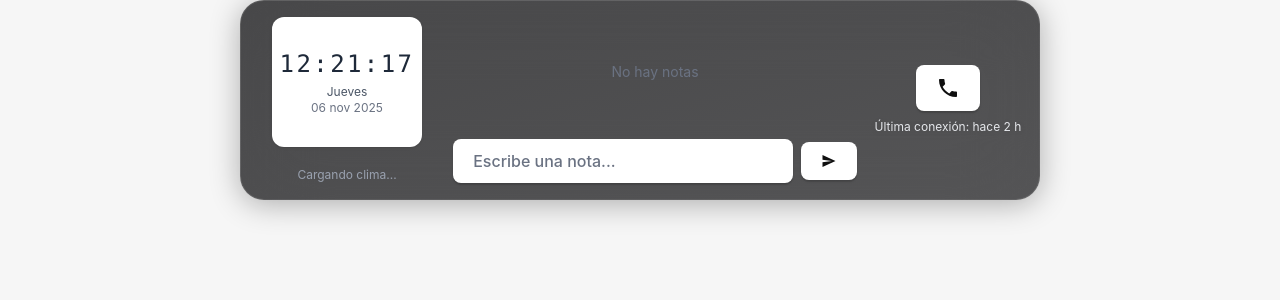
Repository: CodeByEvans/my-romantic-widget
Page: /
These files come from the project's save history. The page is drawn as it stood at one moment and after the next save; the edit follows.
The browser window is 1280 px wide. The pictures show the whole page.
The page's requests for data from a server got no answer. The project was rebuilt for these pictures with package versions that can differ from the ones it lists, and the page was loaded fresh each time. No one was signed in, and anything a server would have sent is missing. Also part of the build but not shown: vite.config.ts.

Above is the page before, as saved 2025-11-06 14:28:19.

### src/App.tsx
import "./App.css";
import { Clock } from "./components/Clock";
import { WeatherWidget } from "./components/WeatherWidget";
import { NotesList } from "./components/NotesList";
import { NoteInput } from "./components/NoteInput";
import { CallButton } from "./components/CallButton";

function App() {
  return (
    <main
      data-tauri-drag-region
      className="w-[800px] h-[200px] mx-auto flex items-center justify-between gap-4
             rounded-3xl
             bg-gradient-to-br from-[#1c1c1e]/80 to-[#2c2c2e]/80
             backdrop-blur-2xl backdrop-saturate-150
             border border-white/10
             shadow-[0_4px_30px_rgba(0,0,0,0.3)]
             p-4 text-gray-200"
    >
      {/* Clima + Reloj */}
      <section className="flex flex-col justify-between items-center h-full w-[180px] gap-2">
        <Clock />
        <WeatherWidget />
      </section>

      {/* Notas + input */}
      <section className="flex flex-col justify-between h-full flex-1">
        <NotesList />
        <NoteInput />
      </section>

      {/* Llamada */}
      <section className="flex flex-col justify-center items-center h-full w-[150px]">
        <CallButton />
        <p className="text-xs text-gray-200 mt-2 drop-shadow-sm">
          Última conexión: hace 2 h
        </p>
      </section>
    </main>
  );
}

export default App;

### src/App.css
@import "tailwindcss";

.logo.vite:hover {
  filter: drop-shadow(0 0 2em #747bff);
}

.logo.react:hover {
  filter: drop-shadow(0 0 2em #61dafb);
}
:root {
  font-family: Inter, Avenir, Helvetica, Arial, sans-serif;
  font-size: 16px;
  line-height: 24px;
  font-weight: 400;

  color: #0f0f0f;
  background-color: #f6f6f6;

  font-synthesis: none;
  text-rendering: optimizeLegibility;
  -webkit-font-smoothing: antialiased;
  -moz-osx-font-smoothing: grayscale;
  -webkit-text-size-adjust: 100%;
  -webkit-app-region: drag;
}

.container {
  margin: 0;
  padding-top: 10vh;
  display: flex;
  flex-direction: column;
  justify-content: center;
  text-align: center;
}

.logo {
  height: 6em;
  padding: 1.5em;
  will-change: filter;
  transition: 0.75s;
}

.logo.tauri:hover {
  filter: drop-shadow(0 0 2em #24c8db);
}

.row {
  display: flex;
  justify-content: center;
}

a {
  font-weight: 500;
  color: #646cff;
  text-decoration: inherit;
}

a:hover {
  color: #535bf2;
}

h1 {
  text-align: center;
}

input,
button {
  border-radius: 8px;
  border: 1px solid transparent;
  padding: 0.6em 1.2em;
  font-size: 1em;
  font-weight: 500;
  font-family: inherit;
  color: #0f0f0f;
  background-color: #ffffff;
  transition: border-color 0.25s;
  box-shadow: 0 2px 2px rgba(0, 0, 0, 0.2);
  -webkit-app-region: no-drag;
}

button {
  cursor: pointer;
}

button:hover {
  border-color: #396cd8;
}
button:active {
  border-color: #396cd8;
  background-color: #e8e8e8;
}

input,
button {
  outline: none;
}

#greet-input {
  margin-right: 5px;
}

@media (prefers-color-scheme: dark) {
  :root {
    color: #f6f6f6;
    background: transparent;
  }

  a:hover {
    color: #24c8db;
  }

  input,
  button {
    color: #ffffff;
    background-color: #0f0f0f98;
  }
  button:active {
    background-color: #0f0f0f69;
  }
}

### src/components/Clock.tsx
import { useEffect, useState } from "react";

export const Clock = () => {
  const [time, setTime] = useState(new Date());

  useEffect(() => {
    const interval = setInterval(() => {
      setTime(new Date());
    }, 1000);
    return () => clearInterval(interval);
  }, []);

  const hours = time.getHours().toString().padStart(2, "0");
  const minutes = time.getMinutes().toString().padStart(2, "0");
  const seconds = time.getSeconds().toString().padStart(2, "0");

  const day = time.toLocaleDateString("es-ES", { weekday: "long" });
  const date = time.toLocaleDateString("es-ES", {
    day: "2-digit",
    month: "short",
    year: "numeric",
  });

  return (
    <div className="bg-white rounded-xl shadow-sm px-3 py-2 flex flex-col items-center justify-center w-[150px] h-[130px] backdrop-blur-sm">
      <p className="text-2xl font-mono tracking-widest text-gray-800">
        {hours}:{minutes}:{seconds}
      </p>
      <p className="text-xs text-gray-600 mt-1 capitalize">{day}</p>
      <p className="text-xs text-gray-500">{date}</p>
    </div>
  );
};

### src/components/WeatherWidget.tsx
import { JSX } from "react";
import { useWeather } from "../hooks/useWeather";
import {
  WiDaySunny,
  WiCloud,
  WiRain,
  WiSnow,
  WiThunderstorm,
  WiFog,
  WiDayHaze,
} from "react-icons/wi";

const weatherStyles: Record<string, { gradient: string; icon: JSX.Element }> = {
  Thunderstorm: {
    gradient: "from-indigo-800 via-purple-700 to-indigo-900 text-white",
    icon: <WiThunderstorm size={28} />,
  },
  Drizzle: {
    gradient: "from-sky-400 via-sky-500 to-blue-600 text-white",
    icon: <WiRain size={28} />,
  },
  Rain: {
    gradient: "from-blue-500 via-indigo-500 to-blue-700 text-white",
    icon: <WiRain size={28} />,
  },
  Snow: {
    gradient: "from-cyan-100 via-blue-100 to-blue-300 text-gray-700",
    icon: <WiSnow size={28} />,
  },
  Mist: {
    gradient: "from-gray-200 via-gray-300 to-gray-400 text-gray-800",
    icon: <WiFog size={28} />,
  },
  Haze: {
    gradient: "from-amber-200 via-amber-300 to-amber-400 text-gray-800",
    icon: <WiDayHaze size={28} />,
  },
  Clear: {
    gradient: "from-yellow-200 via-orange-300 to-pink-400 text-gray-900",
    icon: <WiDaySunny size={28} />,
  },
  Clouds: {
    gradient: "from-gray-300 via-gray-400 to-gray-600 text-gray-900",
    icon: <WiCloud size={28} />,
  },
  Fog: {
    gradient: "from-gray-300 via-gray-400 to-gray-500 text-gray-900",
    icon: <WiFog size={28} />,
  },
};

export const WeatherWidget = () => {
  const { data, loading, errorWeather } = useWeather();

  if (errorWeather)
    return <div className="text-xs text-red-400">{errorWeather}</div>;
  if (loading || !data)
    return <div className="text-xs text-gray-400">Cargando clima...</div>;

  const [city, info] = Object.entries(data)[0] || [];
  const temp = Math.round(info.main.temp);
  const condition = info.weather[0].main;

  const style = weatherStyles[condition] || weatherStyles["Clouds"];

  return (
    <div
      className={`relative flex flex-col items-center justify-center rounded-2xl
                  bg-gradient-to-br ${style.gradient} w-[150px] h-[100px]
                  backdrop-blur-md bg-opacity-70 shadow-[0_2px_10px_rgba(0,0,0,0.3)]
                  border border-white/20 overflow-hidden transition-all duration-500`}
    >
      {/* sutil capa de brillo animado */}
      <div className="absolute inset-0 bg-white/10 opacity-0 hover:opacity-20 transition-opacity duration-500" />

      {/* borde de reflejo superior */}
      <div className="absolute top-0 left-0 right-0 h-[1px] bg-white/40" />

      {/* contenido */}
      <div className="flex items-center gap-2">
        <div className="animate-pulse-slow">{style.icon}</div>
        <div className="flex flex-col items-start leading-tight">
          <h2 className="text-xs font-semibold tracking-wide drop-shadow-sm">
            {city}
          </h2>
          <p className="text-lg font-bold drop-shadow-sm">{temp}°C</p>
        </div>
      </div>
    </div>
  );
};

### src/components/NotesList.tsx
import { useRealTimeNotes } from "../hooks/useRealTimeNotes";

export const NotesList = () => {
  const notes = useRealTimeNotes();

  const sortedNotes = [...notes].sort(
    (a, b) =>
      new Date(b.created_at).getTime() - new Date(a.created_at).getTime()
  );

  const noteToShow = sortedNotes[0];
  if (!noteToShow)
    return (
      <div className="flex items-center justify-center h-[110px] text-gray-500 text-sm">
        No hay notas
      </div>
    );

  return (
    <div className="bg-white rounded-xl backdrop-blur-sm shadow-inner p-3 h-[110px] overflow-hidden">
      <div className="flex justify-between items-center mb-1">
        <h3 className="font-semibold text-sm text-gray-700">
          {noteToShow.from}
        </h3>
        <small className="text-xs text-gray-400">
          {new Date(noteToShow.created_at).toLocaleString()}
        </small>
      </div>
      <p className="text-gray-700 text-sm italic line-clamp-3">
        {noteToShow.message}
      </p>
    </div>
  );
};

### src/components/NoteInput.tsx
import { IoMdSend } from "react-icons/io";

export const NoteInput = () => {
  return (
    <form className="flex items-center gap-2 mt-2">
      <input
        type="text"
        placeholder="Escribe una nota..."
        className="flex-1 text-sm px-3 py-2 rounded-lg bg-white text-gray-800 placeholder-gray-500 focus:outline-none focus:ring-2 focus:ring-blue-300 transition-all"
      />
      <button
        type="submit"
        className="p-2 bg-blue-500 rounded-full text-white hover:bg-blue-600 transition-colors"
      >
        <IoMdSend size={16} />
      </button>
    </form>
  );
};

### src/components/CallButton.tsx
import { IoMdCall } from "react-icons/io";

export const CallButton = () => {
  return (
    <div className="flex flex-col items-center justify-center">
      <button className="p-4 bg-green-500 text-white rounded-full shadow-md hover:bg-green-600 hover:scale-105 transition-transform">
        <IoMdCall size={24} />
      </button>
    </div>
  );
};

### src/hooks/useWeather.ts
import { useEffect, useState } from "react";
import {
  getCityByCoordinates,
  getWeatherByCity,
} from "../services/weatherService";
import { WeatherData } from "../types/weather";
import { useGeolocation } from "./useGeolocation";

export const useWeather = () => {
  const { coords, error } = useGeolocation();
  const [data, setData] = useState<Record<string, WeatherData> | null>(null);
  const [loading, setLoading] = useState<boolean>(false);
  const [errorWeather, setErrorWeather] = useState<string | null>(null);

  useEffect(() => {
    if (error) setErrorWeather(error);
  }, [error]);

  useEffect(() => {
    if (!coords) return;

    const fetchWeather = async () => {
      setLoading(true);
      try {
        const city = await getCityByCoordinates(
          coords.latitude,
          coords.longitude
        );
        const weather = await getWeatherByCity(city[0].name);
        setData({ [city[0].name]: weather });
      } catch (error) {
        console.error(error);
      } finally {
        setLoading(false);
      }
    };

    fetchWeather();
  }, [coords]);

  return { data, loading, errorWeather };
};

### src/hooks/useRealTimeNotes.ts
import { useEffect, useState } from "react";
import z from "zod";
import { supabase } from "../services/supabaseClient";

const noteSchema = z.object({
  id: z.number(),
  from: z.string(),
  message: z.string(),
  created_at: z.string(),
});

type Note = z.infer<typeof noteSchema>;

export const useRealTimeNotes = () => {
  const [notes, setNotes] = useState<Note[]>([]);

  useEffect(() => {
    // Cargar notas iniciales
    supabase
      .from<"notes", Note>("notes")
      .select("*")
      .then(({ data, error }) => {
        if (data) {
          setNotes(data);
          console.log("Notas cargadas:", data);
        } else {
          console.error("Error fetching notes:", error);
        }
      });

    // Suscripción en tiempo real
    const channel = supabase
      .channel("public:notes")
      .on(
        "postgres_changes",
        { event: "*", schema: "public", table: "notes" },
        (payload) => {
          console.log("Cambio dettectado:", payload);

          if (payload.eventType === "INSERT") {
            const newNote = noteSchema.parse(payload.new);
            setNotes((prevNotes) => [...prevNotes, newNote]);
            console.log("Nota añadida:", newNote);
          } else if (payload.eventType === "UPDATE") {
            setNotes((prev) =>
              prev.map((note) =>
                note.id === payload.new.id
                  ? noteSchema.parse(payload.new)
                  : note
              )
            );
          } else if (payload.eventType === "DELETE") {
            setNotes((prev) =>
              prev.filter((note) => note.id !== payload.old.id)
            );
          }
        }
      )
      .subscribe();

    return () => {
      supabase.removeChannel(channel);
    };
  }, []);

  return notes;
};

### src/services/weatherService.ts
import { envs } from "../config/envs";

export const getWeatherByCity = async (city: string) => {
  const response = await fetch(
    `https://api.openweathermap.org/data/2.5/weather?q=${city}&appid=${envs.openWeatherApiKey}&units=metric`
  );

  if (!response.ok) {
    throw new Error("No se pudo obtener el clima");
  }
  return response.json();
};

export const getCityByCoordinates = async (lat: number, lon: number) => {
  const response = await fetch(
    `https://api.openweathermap.org/geo/1.0/reverse?lat=${lat}&lon=${lon}&limit=1&appid=${envs.openWeatherApiKey}`
  );

  if (!response.ok) {
    throw new Error("No se pudo obtener la ciudad");
  }

  return response.json();
};

### src/hooks/useGeolocation.ts
import { useEffect, useState } from "react";

export const useGeolocation = () => {
  const [coords, setCoords] = useState<{
    latitude: number;
    longitude: number;
  } | null>(null);
  const [error, setError] = useState<string | null>(null);

  useEffect(() => {
    if (!navigator.geolocation) {
      setError("Geolocalización no soportada por el navegador");
      return;
    }

    navigator.geolocation.getCurrentPosition(
      (position) => {
        setCoords({
          latitude: position.coords.latitude,
          longitude: position.coords.longitude,
        });
      },
      (err) => {
        setError(`Error obteniendo la geolocalización: ${err.message}`);
      }
    );
  }, []);

  return { coords, error };
};

### src/services/supabaseClient.ts
import { createClient } from "@supabase/supabase-js";
import { envs } from "../config/envs";

export const supabase = createClient(envs.supabaseUrl, envs.supabaseAnonKey, {
  realtime: {
    params: {
      eventsPerSecond: 10,
    },
  },
});

### src/config/envs.ts
import * as z from "zod";

const envSchema = z.object({
  VITE_SUPABASE_URL: z.string().url(),
  VITE_SUPABASE_ANON_KEY: z.string().min(1),
  VITE_OPEN_WEATHER_API_KEY: z.string().min(1),
});

const parsed = envSchema.parse(import.meta.env);

export const envs = {
  supabaseUrl: parsed.VITE_SUPABASE_URL,
  supabaseAnonKey: parsed.VITE_SUPABASE_ANON_KEY,
  openWeatherApiKey: parsed.VITE_OPEN_WEATHER_API_KEY,
};

Loaded but not shown: index.html (common file); src/main.tsx (common file)

After the next save:
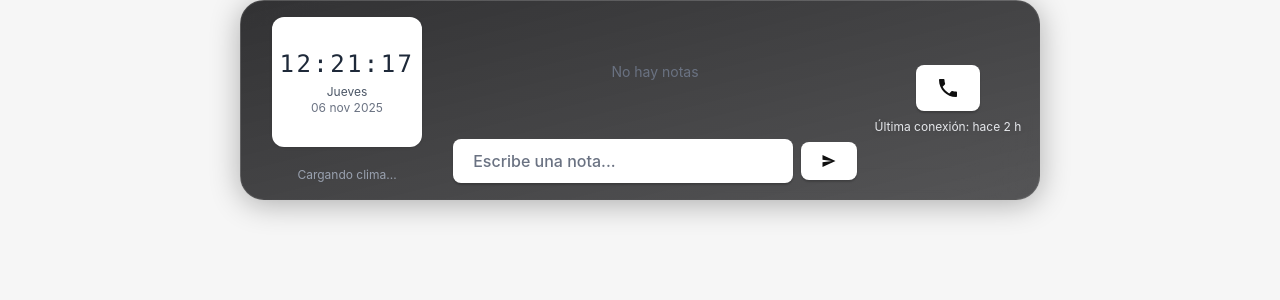
Saved 17 s later.
--- a/src/App.tsx
+++ b/src/App.tsx
@@ -11,7 +11,7 @@ function App() {
       data-tauri-drag-region
       className="w-[800px] h-[200px] mx-auto flex items-center justify-between gap-4
              rounded-3xl
-             bg-gradient-to-br from-[#1c1c1e]/80 to-[#2c2c2e]/80
+             bg-gradient-to-br from-[#1c1c1e]/90 to-[#2c2c2e]/80
              backdrop-blur-2xl backdrop-saturate-150
              border border-white/10
              shadow-[0_4px_30px_rgba(0,0,0,0.3)]
